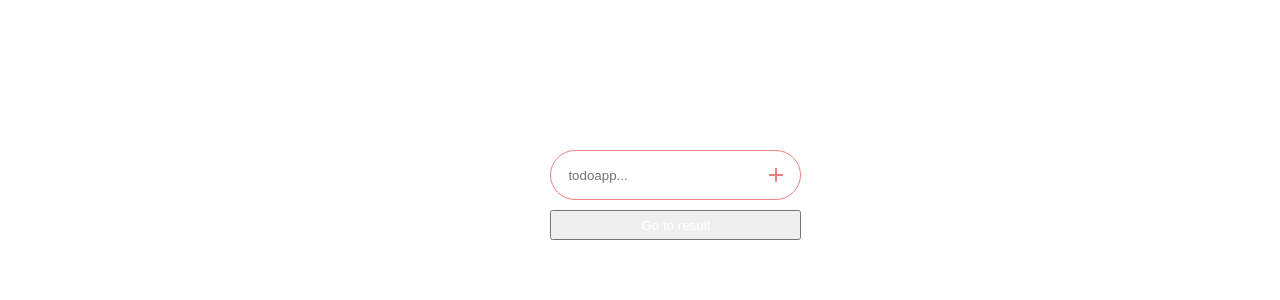
Repository: ehabmelhem/React-Redux--todoapp
Page: / (app in todoapp/)
These files come from the project's save history. The page is drawn as it stood at one moment and after the next save; the edit follows.
The browser window is 1280 px wide. The pictures show the whole page.
The project was rebuilt for these pictures with package versions that can differ from the ones it lists, and the page was loaded fresh each time. Imported but missing from the stored project, and not drawn on this page: todoapp/src/redux/reducers.

Above is the page before, as saved 2021-01-30 18:21:04.

### todoapp/src/index.js
import React from "react";
import ReactDOM from "react-dom";
import "./index.css";
import App from "./App";
import reportWebVitals from "./reportWebVitals";
import { Provider } from "react-redux";
import store from "./redux/store";
ReactDOM.render(
  <React.StrictMode>
    {/* <Provider store={store}> */}
    <App />
    {/* </Provider> */}
  </React.StrictMode>,
  document.getElementById("root")
);

// If you want to start measuring performance in your app, pass a function
// to log results (for example: reportWebVitals(console.log))
// or send to an analytics endpoint. Learn more: https://bit.ly/CRA-vitals
reportWebVitals();

### todoapp/src/App.js
import "./App.css";
import IconButton from "@material-ui/core/IconButton";
import AddIcon from "@material-ui/icons/Add";
function App() {
  const clickhandler = (e) => {
    e.preventDefault();
  };
  return (
    <div className="app">
      <div className="container">
        <form className="flex">
          <input autoFocus placeholder="todoapp..." type="text" />
          <IconButton onClick={clickhandler} type="submit" className="addbtn">
            <AddIcon />
          </IconButton>
        </form>
        <button className="btn">Go to result</button>
      </div>
    </div>
  );
}

export default App;

### todoapp/src/App.css
.addbtn {
  color: lightcoral !important;
}
.container {
  margin-left: 43vw;
  margin-top: 150px;
  width: fit-content;
}
.flex {
  width: fit-content;
  border: 1px solid lightcoral;
  display: flex;
  align-items: center;
  border-radius: 999px;
}
.flex > input {
  margin-left: 10px;
  padding: 7px;
  border: none;
  outline: none;
}
.btn {
  margin-top: 10px;
  width: 100%;
  height: 30px;
  color: white;
  background-color: lig;
}

Loaded but not shown: todoapp/public/index.html (common file); todoapp/src/index.css (common file); todoapp/src/reportWebVitals.js (common file); todoapp/src/redux/store.js (common file)

After the next save:
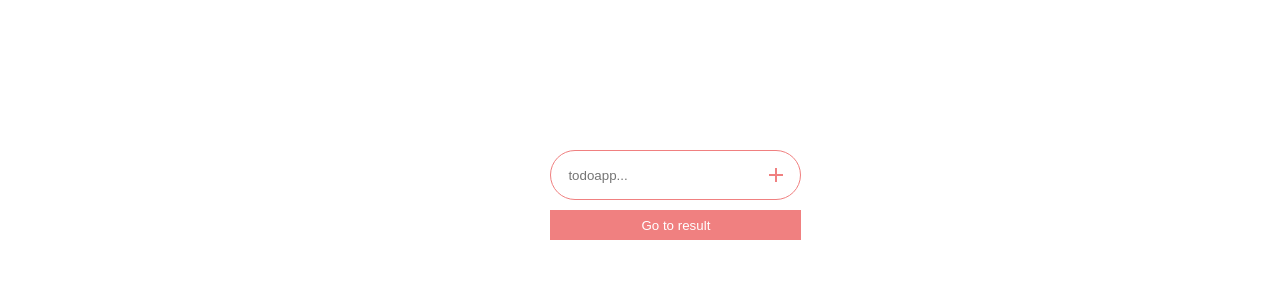
Saved 4 s later.
--- a/todoapp/src/App.css
+++ b/todoapp/src/App.css
@@ -24,5 +24,6 @@
   width: 100%;
   height: 30px;
   color: white;
-  background-color: lig;
+  background-color: lightcoral;
+  border: none;
 }
